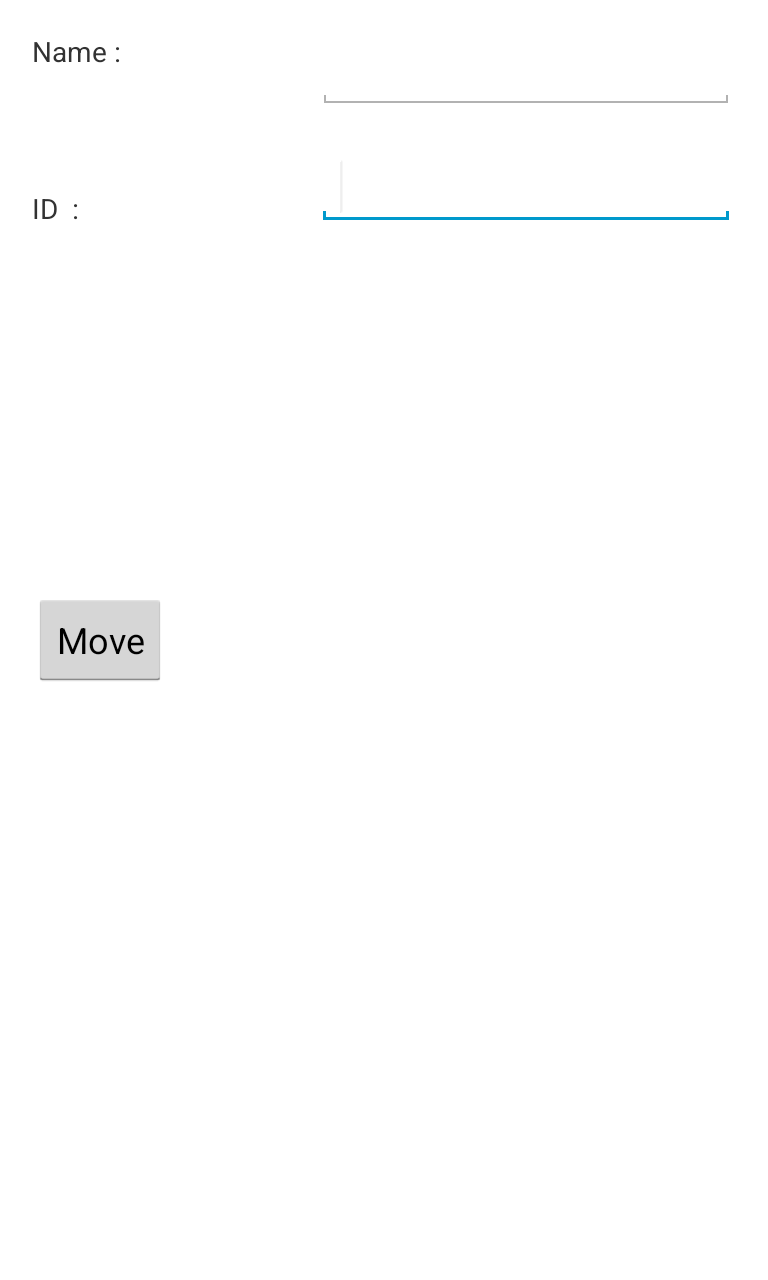
Repository: suzauddola/Android_Apps
Layout: Source/bundle/bandle/res/layout/first.xml
An editor plug-in stored every save of this project. The layout is shown before and after the next save, followed by the edit.
It is drawn on a 768 x 1280 px phone screen (xhdpi) without system bars, with theme AppTheme; the app's code is not run.

Above is the layout before, as saved 2013-09-05 02:10:16.

After the next save:
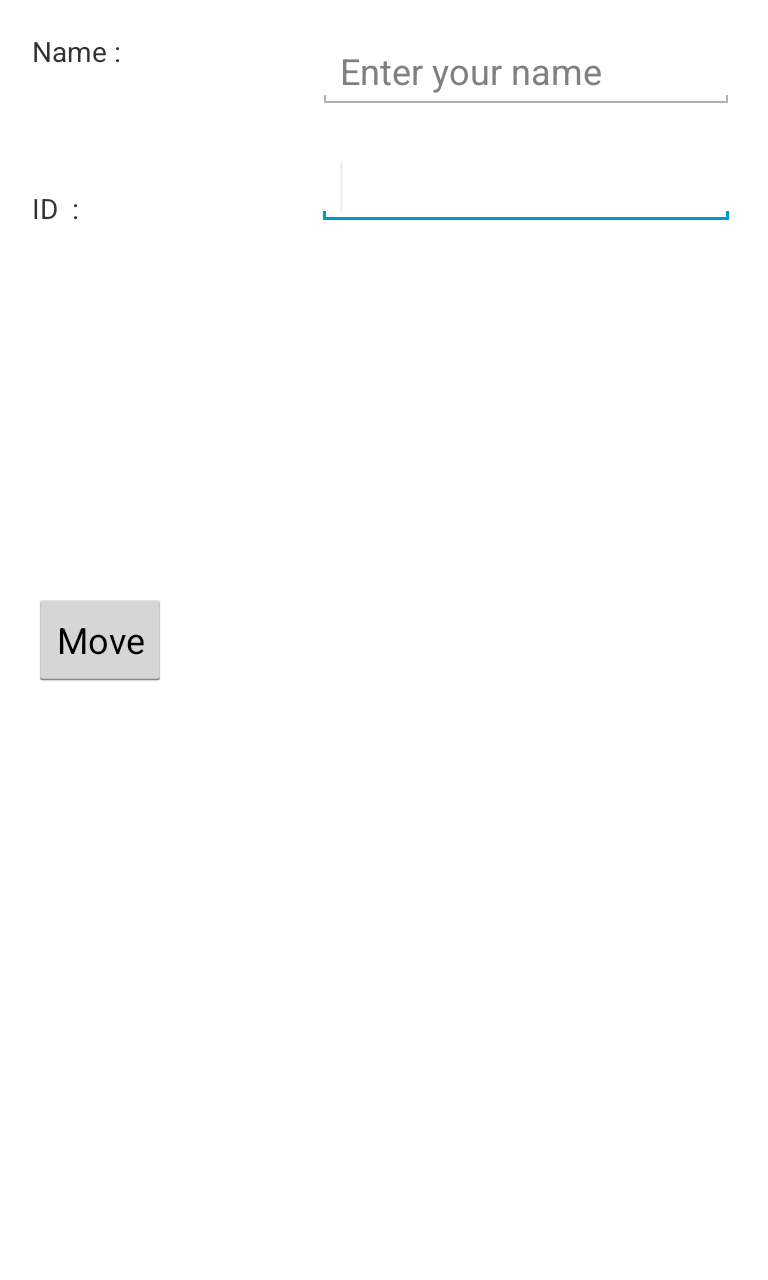
Saved 29 s later.
--- a/Source/bundle/bandle/res/layout/first.xml
+++ b/Source/bundle/bandle/res/layout/first.xml
@@ -20,7 +20,8 @@
         android:layout_height="wrap_content"
         android:layout_alignParentRight="true"
         android:layout_alignTop="@+id/name"
-        android:ems="10" />
+        android:ems="10"
+        android:hint="Enter your name"/>
 
     <Button
         android:id="@+id/button1"
